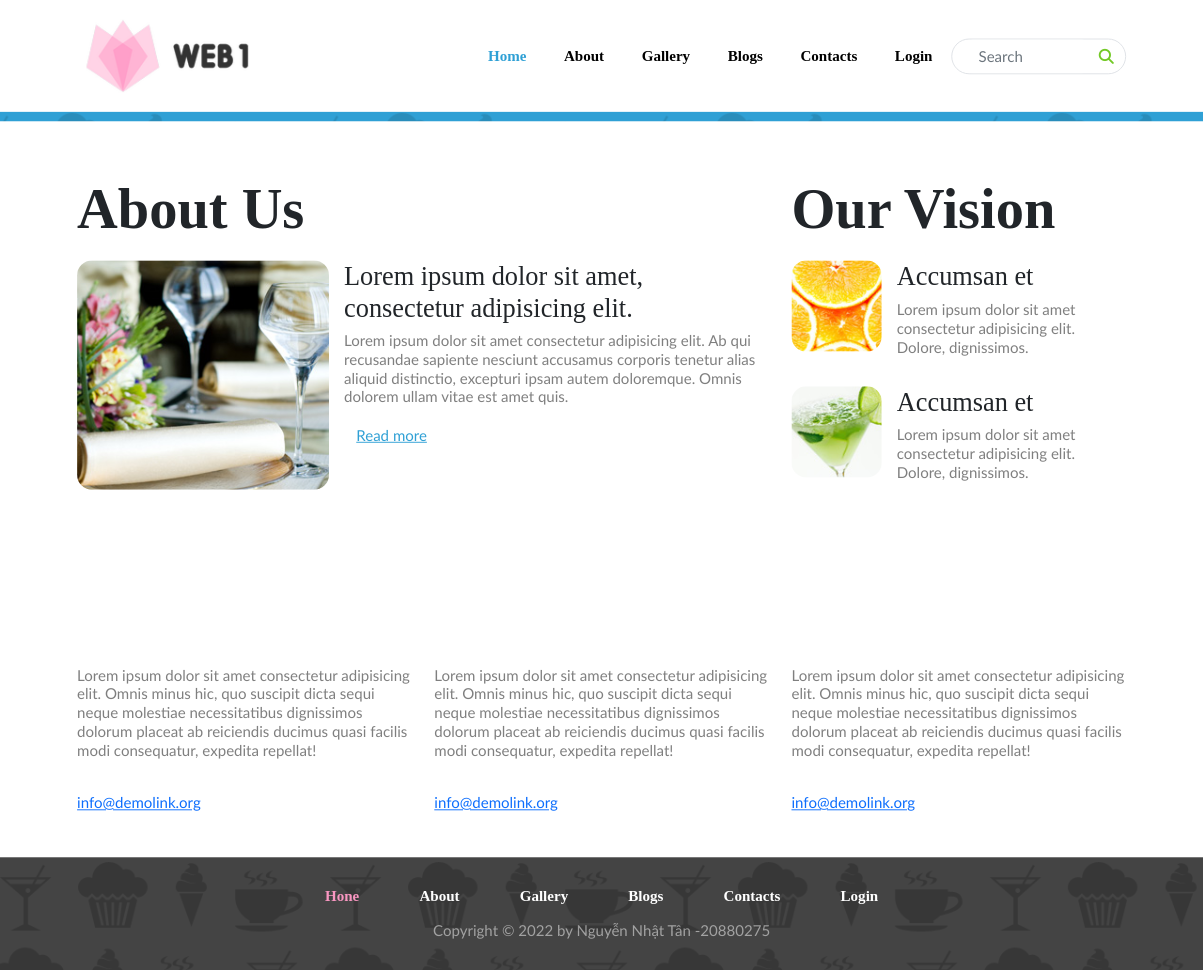
Repository: carembanhkem/web1-20880275
Page: about.html
An editor plug-in stored every save of this project. The page is shown before and after a run of saves, followed by the edit.
The browser window is 1280 px wide. The pictures show the whole page, at 94% of full size.
Some web fonts or font styles are not loaded; a fallback is used. Some web libraries are served in a nearby version.

Above is the page before, as saved 2023-02-06 11:33:45.
Console error: ReferenceError: bootstrap is not defined

After the next 4 saves:
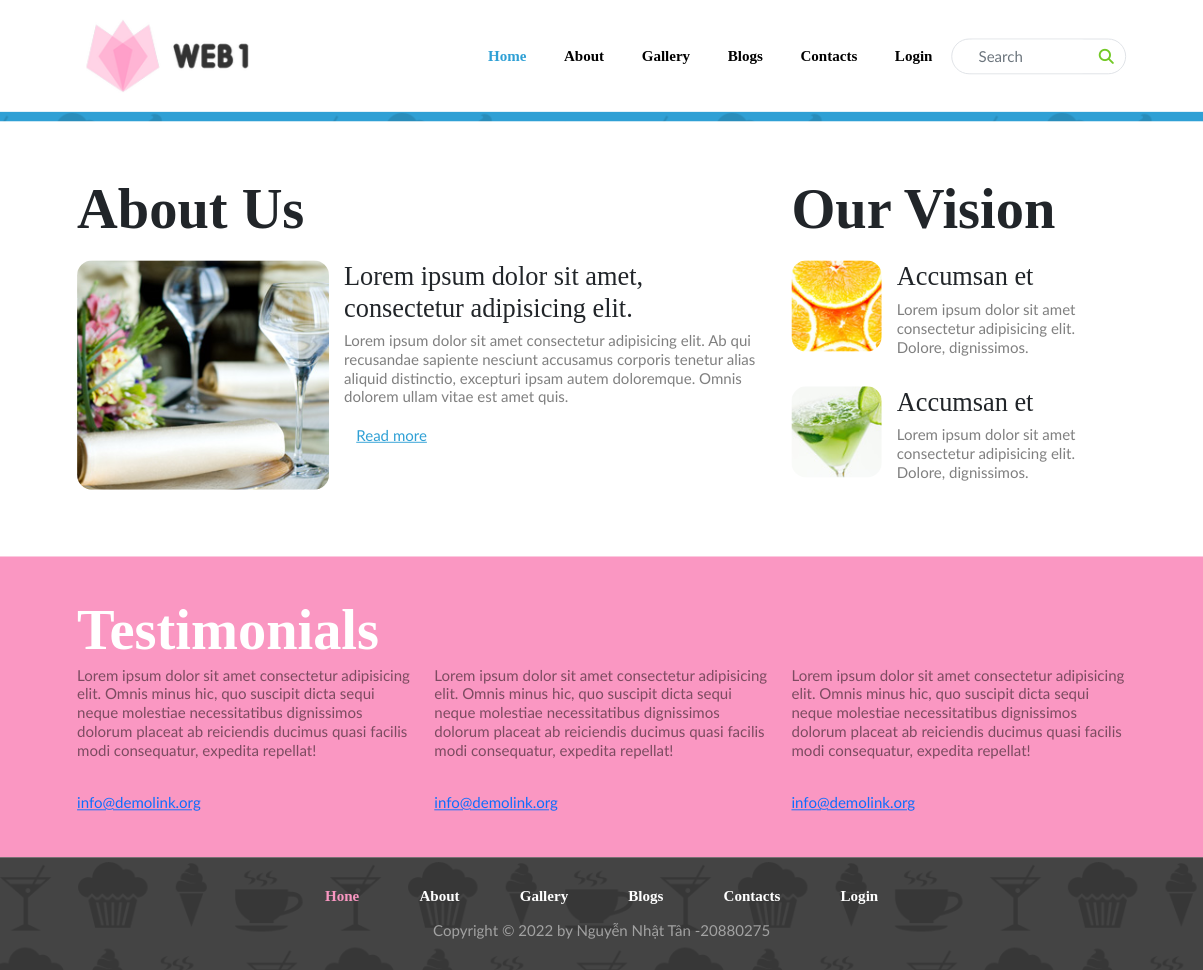
The 4 saves are shown as one change because they came seconds apart.
The last was saved 11 s later.
--- a/css/20880275.css
+++ b/css/20880275.css
@@ -108,8 +108,9 @@ h1 {
 }
 /* Testimonials */
 #testimonials {
-    b
+    background-color: var(--web1-pink);
 }
+
 
 #formSignUp {
     border-style: dashed !important;
